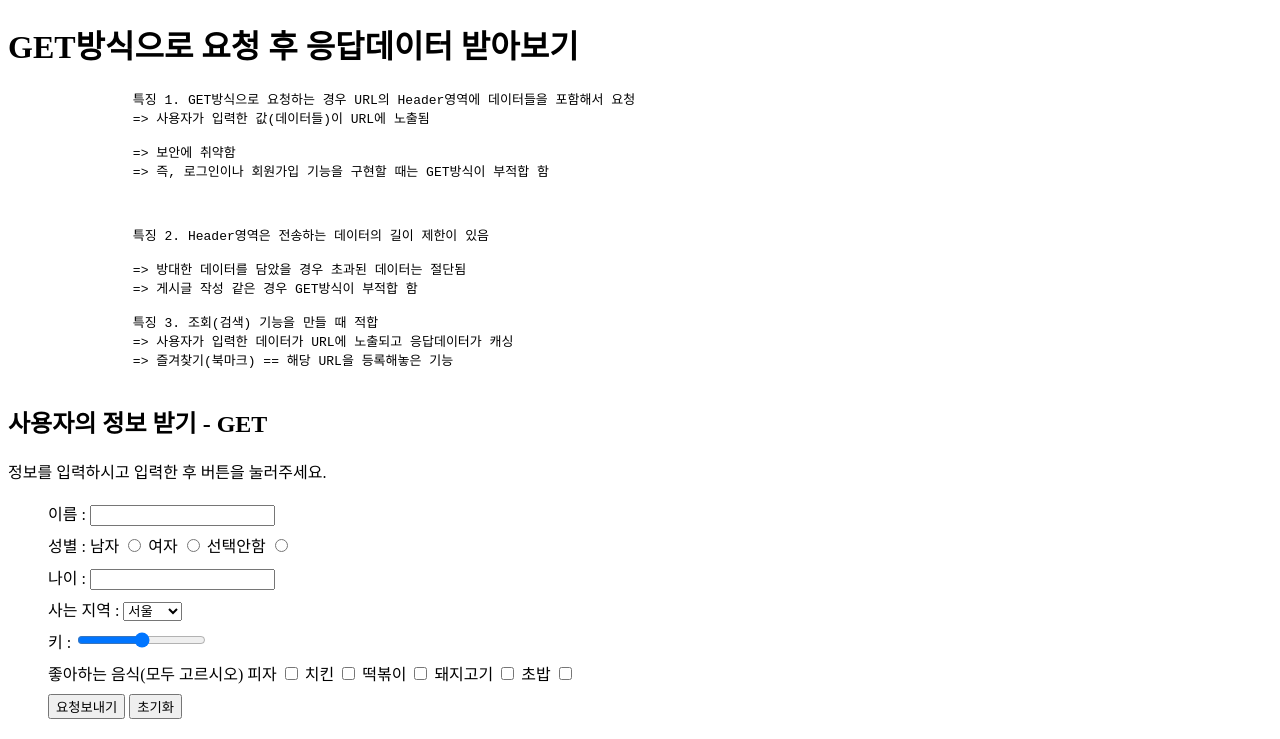
Repository: MiadongDeersfeet/webservice
Page: MyFirstWebProject/src/main/webapp/views/request_post.html
These files come from the project's save history. The page is drawn as it stood at one moment and after the next save; the edit follows.
The browser window is 1280 px wide. The pictures show the whole page.

Above is the page before, as saved 2025-09-23 02:45:24.

### MyFirstWebProject/src/main/webapp/views/request_post.html
<!DOCTYPE html>
<html>
<head>
<meta charset="UTF-8">
<title>Get 방식 요청 테스트</title>
<style>
	ul {
		list-style: none;
		line-height: 200%;
	}
</style>
</head>
<body>
	<h1>GET방식으로 요청 후 응답데이터 받아보기</h1>

	<pre>
		특징 1. GET방식으로 요청하는 경우 URL의 Header영역에 데이터들을 포함해서 요청
		=> 사용자가 입력한 값(데이터들)이 URL에 노출됨 <br>
		=> 보안에 취약함
		=> 즉, 로그인이나 회원가입 기능을 구현할 때는 GET방식이 부적합 함 <br><br>

		특징 2. Header영역은 전송하는 데이터의 길이 제한이 있음 <br>
		=> 방대한 데이터를 담았을 경우 초과된 데이터는 절단됨
		=> 게시글 작성 같은 경우 GET방식이 부적합 함

		특징 3. 조회(검색) 기능을 만들 때 적합
		=> 사용자가 입력한 데이터가 URL에 노출되고 응답데이터가 캐싱
		=> 즐겨찾기(북마크) == 해당 URL을 등록해놓은 기능
	</pre>

	<h2> 사용자의 정보 받기 - GET </h2>
	<p>정보를 입력하시고 입력한 후 버튼을 눌러주세요.</p>

	<!--
		form태그 안에 존재하는 submit 버튼을 클릭했을 때
		form태그의 속성 중 action 속성에 작성된 URL로 요청이 감!!
		Controller에게 요청을 보낸다!(Servlet)

		http://127.0.0.1:4000/first/서블릿매핑값.do

		action="" 에 http://127.0.0.1:4000 생략하고 /first 만 가능

	 -->
	<form method="get" action="/first/get.do">
		<ul>
			<li>
				이름 : <input type="text" name="name" maxlength="5" />
			</li>
			<li>
				성별 :
				남자 <input type="radio" name="gender" value="남" />
				여자 <input type="radio" name="gender" value="여" />
				선택안함 <input type="radio" name="gender" value="선택안함" />
			</li>
			<li>
				나이 : <input type="number" name="age" />
			</li>
			<li>
				사는 지역 :
				<select name="city">
				<option>서울</option>
				<option>제주도</option>
				</select>
			</li>
			<li>
				키 : <input type="range" min="130" max="220" name="height" />
			</li>
			<li>
				좋아하는 음식(모두 고르시오)
				피자 <input type="checkbox" name="food" value="피자" />
				치킨 <input type="checkbox" name="food" value="치킨" />
				떡볶이 <input type="checkbox" name="food" value="떡볶이" />
				돼지고기 <input type="checkbox" name="food" value="돼지고기" />
				초밥 <input type="checkbox" name="food" value="초밥" />
			</li>
			<li>
				<input type="submit" value="요청보내기" />
				<input type="reset" value="초기화" />
			</li>
		</ul>
	</form>
</body>
</html>

After the next save:
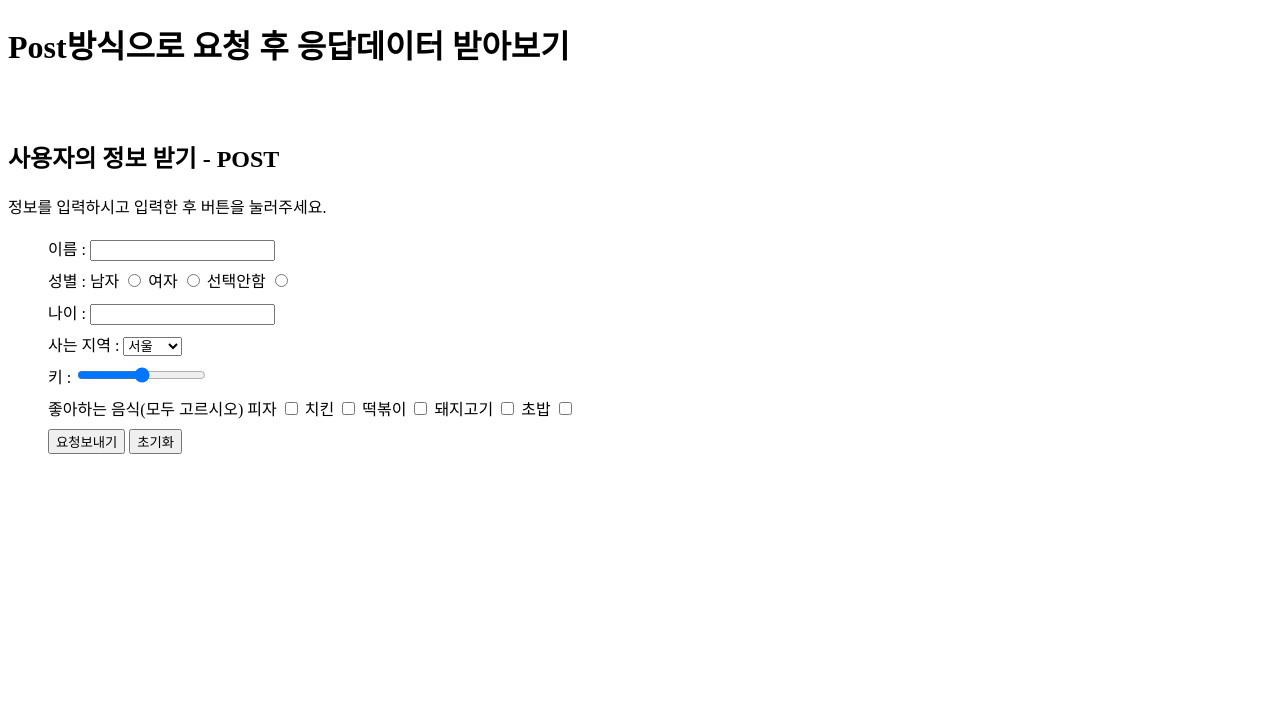
Saved 12 s later.
--- a/MyFirstWebProject/src/main/webapp/views/request_post.html
+++ b/MyFirstWebProject/src/main/webapp/views/request_post.html
@@ -2,7 +2,7 @@
 <html>
 <head>
 <meta charset="UTF-8">
-<title>Get 방식 요청 테스트</title>
+<title>Post 방식 요청 테스트</title>
 <style>
 	ul {
 		list-style: none;
@@ -11,24 +11,13 @@
 </style>
 </head>
 <body>
-	<h1>GET방식으로 요청 후 응답데이터 받아보기</h1>
+	<h1>Post방식으로 요청 후 응답데이터 받아보기</h1>
 
 	<pre>
-		특징 1. GET방식으로 요청하는 경우 URL의 Header영역에 데이터들을 포함해서 요청
-		=> 사용자가 입력한 값(데이터들)이 URL에 노출됨 <br>
-		=> 보안에 취약함
-		=> 즉, 로그인이나 회원가입 기능을 구현할 때는 GET방식이 부적합 함 <br><br>
 
-		특징 2. Header영역은 전송하는 데이터의 길이 제한이 있음 <br>
-		=> 방대한 데이터를 담았을 경우 초과된 데이터는 절단됨
-		=> 게시글 작성 같은 경우 GET방식이 부적합 함
-
-		특징 3. 조회(검색) 기능을 만들 때 적합
-		=> 사용자가 입력한 데이터가 URL에 노출되고 응답데이터가 캐싱
-		=> 즐겨찾기(북마크) == 해당 URL을 등록해놓은 기능
 	</pre>
 
-	<h2> 사용자의 정보 받기 - GET </h2>
+	<h2> 사용자의 정보 받기 - POST </h2>
 	<p>정보를 입력하시고 입력한 후 버튼을 눌러주세요.</p>
 
 	<!--
